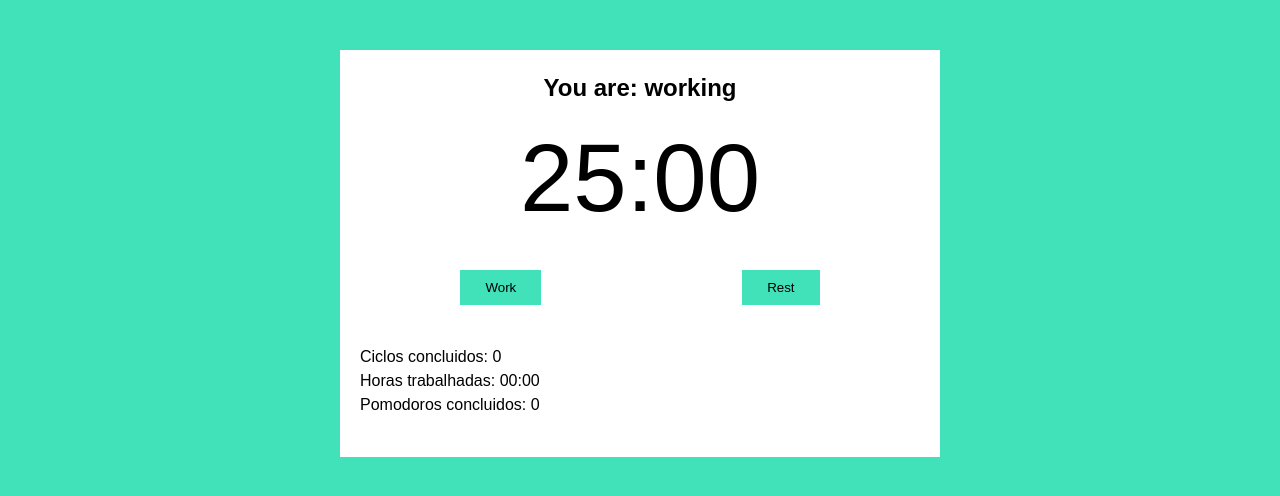
Repository: JuanPabloDS/Pomodoro
Page: / (app in pomodoro/)
The author's editor kept a copy of each file at every save. The page is drawn from the files as they stood at one save, then again after the next save.
The browser window is 1280 px wide. The pictures show the whole page.
The project was rebuilt for these pictures with package versions that can differ from the ones it lists, and the page was loaded fresh each time. Also part of the build but not shown: pomodoro/src/App.css. Imported but missing from the stored project, and not drawn on this page: pomodoro/src/sounds/bell-finish.mp3, pomodoro/src/sounds/bell-start.mp3.

Above is the page before, as saved 2024-01-25 16:20:53.

### pomodoro/src/App.tsx
import React from 'react';
import './App.css';
import { PomodoroTimer } from './components/pomodoro-timer';

function App() {
  return (
    <div className="container">
      <PomodoroTimer
        PomodoroTime={1500}
        shortRestTime={300}
        longRestTime={900}
        cycles={4}
      />
    </div>
  );
}

export default App;

### pomodoro/src/components/pomodoro-timer.tsx
import React, { useEffect, useState } from 'react';
import { useInterval } from '../hooks/use-interval';
import { Button } from './button';
import { Timer } from './timer';
import { secondsToTime } from '../utils/seconds-to-time';
// eslint-disable-next-line @typescript-eslint/no-var-requires
const bellStart = require('../sounds/bell-start.mp3');
// eslint-disable-next-line @typescript-eslint/no-var-requires
const bellFinish = require('../sounds/bell-finish.mp3');

const audioStartWorking = new Audio(bellStart);
const audioStopWorking = new Audio(bellFinish);

interface Props {
  PomodoroTime: number;
  shortRestTime: number;
  longRestTime: number;
  cycles: number;
}

export function PomodoroTimer(props: Props): JSX.Element {
  const [mainTime, setMainTime] = useState(props.PomodoroTime);
  const [timeCounting, setTimeCounting] = useState(false);
  const [working, setWorking] = useState(false);
  const [resting, setResting] = useState(false);
  const [cyclesQtdManager, setCyclesQtdManager] = useState(
    new Array(props.cycles - 1).fill(true),
  );

  const [completedCycles, setCompletedCycles] = useState(0);
  const [fullWorkingTimedCycles, setfullWorkingTimedCycles] = useState(0);
  const [numberOfPomodorosCycles, setnumberOfPomodorosCycles] = useState(0);

  useInterval(
    () => {
      setMainTime(mainTime - 1);
    },
    timeCounting ? 1000 : null,
  );

  const configureWork = () => {
    setTimeCounting(true);
    setWorking(true);
    setResting(false);
    setMainTime(props.PomodoroTime);
    audioStartWorking.play();
  };

  const configureRest = (Long: boolean) => {
    setTimeCounting(true);
    setWorking(false);
    setResting(true);

    if (Long) {
      setMainTime(props.longRestTime);
    } else {
      setMainTime(props.shortRestTime);
    }
    audioStopWorking.play();
  };

  useEffect(() => {
    if (working) document.body.classList.add('working');
    if (resting) document.body.classList.remove('working');

    if (mainTime > 0) return;

    if (working && cyclesQtdManager.length > 0) {
      configureRest(false);
      cyclesQtdManager.pop();
    } else if (working && cyclesQtdManager.length <= 0) {
      configureRest(true);
      setCyclesQtdManager(new Array(props.cycles - 1).fill(true));
      setCompletedCycles(completedCycles + 1);
    }

    if (working) setnumberOfPomodorosCycles(numberOfPomodorosCycles + 1);
    if (resting) configureWork();
  }, [
    working,
    resting,
    mainTime,
    configureRest,
    setCyclesQtdManager,
    setCyclesQtdManager,
  ]);

  return (
    <div className="pomodoro">
      <h2>You are: working</h2>
      <Timer mainTime={mainTime} />
      <div className="controls">
        <Button text="Work" onClick={() => configureWork()}></Button>
        <Button text="Rest" onClick={() => configureRest(false)}></Button>
        <Button
          className={!working && !resting ? 'hidden' : ''}
          text={timeCounting ? 'Pause' : 'Play'}
          onClick={() => setTimeCounting(!timeCounting)}
        ></Button>
      </div>

      <div className="details">
        <p>Ciclos concluidos: {completedCycles}</p>
        <p>Horas trabalhadas: {secondsToTime(fullWorkingTimedCycles)}</p>
        <p>Pomodoros concluidos: {completedCycles}</p>
      </div>
    </div>
  );
}

### pomodoro/src/hooks/use-interval.tsx
import { useEffect, useRef } from 'react';

export function useInterval<C extends CallableFunction>(
  callback: C,
  delay: number | null,
): void {
  const savedCallback = useRef<C>();

  // Remember the latest callback.
  useEffect(() => {
    savedCallback.current = callback;
  }, [callback]);

  // Set up the interval.
  useEffect(() => {
    function tick() {
      if (savedCallback.current) savedCallback.current();
    }
    if (delay !== null) {
      const id = setInterval(tick, delay);
      return () => clearInterval(id);
    }
  }, [delay]);
}

### pomodoro/src/components/button.tsx
import React from 'react';

interface Props {
  text: string;
  onClick?: () => void;
  className?: string;
}

export function Button(props: Props): JSX.Element {
  return (
    <button onClick={props.onClick} className={props.className}>
      {props.text}
    </button>
  );
}

### pomodoro/src/components/timer.tsx
import React from 'react';
import { secondsToTime } from '../utils/seconds-to-time';

interface Props {
  mainTime: number;
}

export function Timer(props: Props): JSX.Element {
  return <div className="timer">{secondsToTime(props.mainTime)}</div>;
}

### pomodoro/src/utils/seconds-to-time.ts
export function secondsToTime(seconds: number): string {
  const zeroLeft = (n: number) => Math.floor(n).toString().padStart(2, '0');
  const min = zeroLeft((seconds / 60) % 60);
  const sec = zeroLeft((seconds % 60) % 60);
  return `${min}:${sec}`;
}

Loaded but not shown: pomodoro/public/index.html (common file); pomodoro/src/index.tsx (common file); pomodoro/src/index.css (common file)

After the next save:
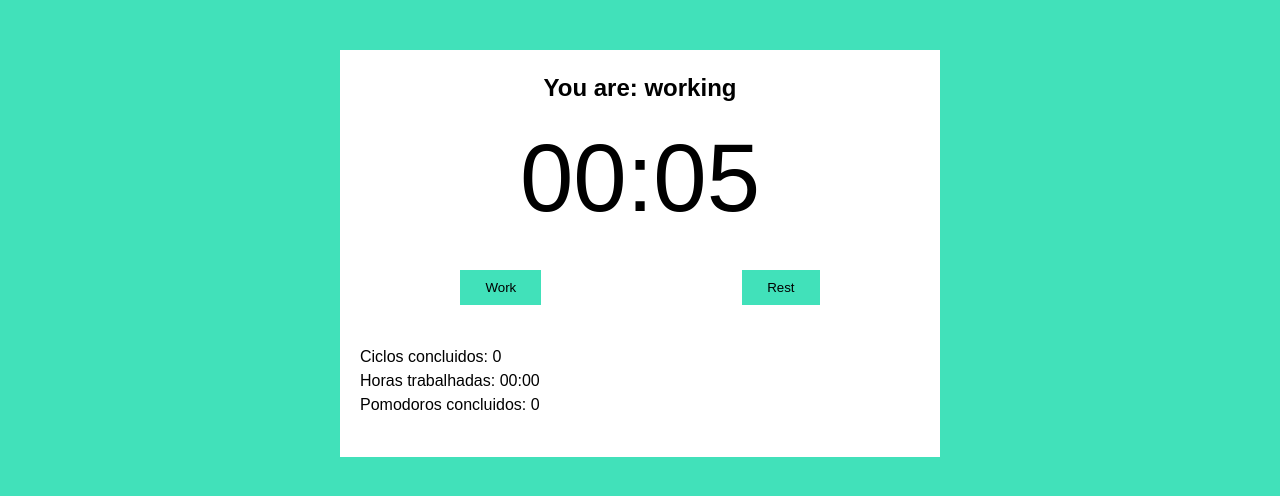
Saved 87 s later.
--- a/pomodoro/src/App.tsx
+++ b/pomodoro/src/App.tsx
@@ -6,9 +6,9 @@ function App() {
   return (
     <div className="container">
       <PomodoroTimer
-        PomodoroTime={1500}
-        shortRestTime={300}
-        longRestTime={900}
+        PomodoroTime={5}
+        shortRestTime={2}
+        longRestTime={3}
         cycles={4}
       />
     </div>
